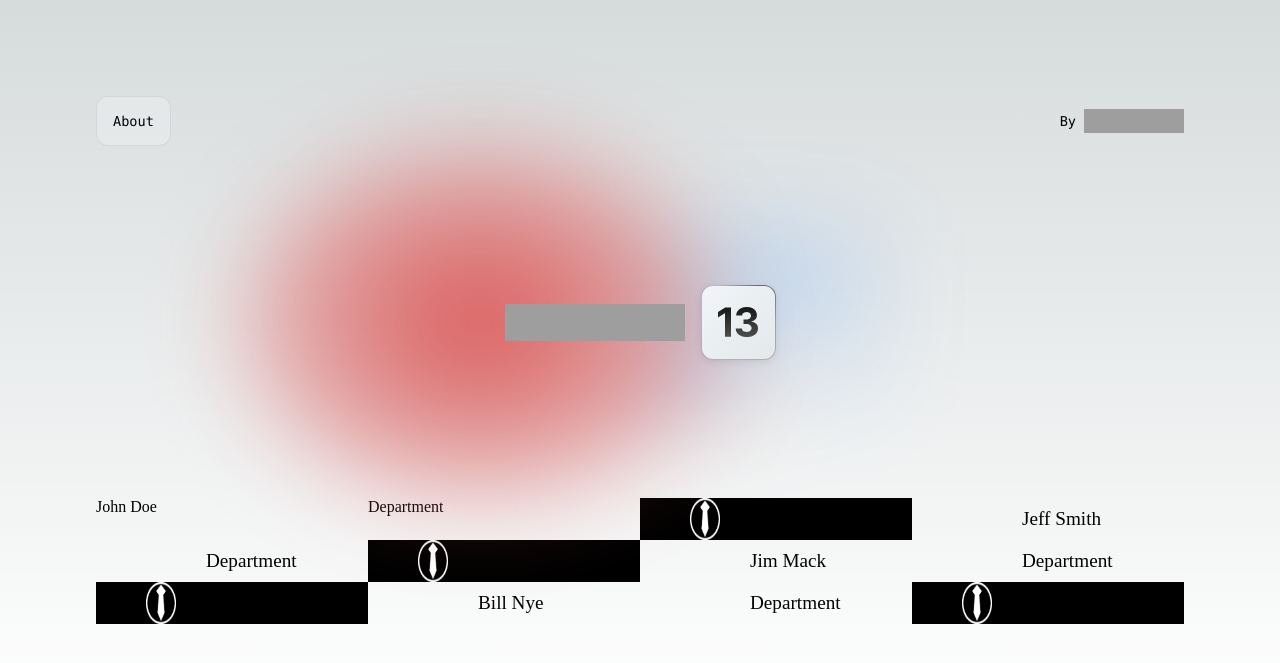
Repository: karthur1/class-example-3
Page: /
These files come from the project's save history. The page is drawn as it stood at one moment and after the next save; the edit follows.
The browser window is 1280 px wide. The pictures show the whole page.
Pictures or frames that could not be fetched are drawn as grey boxes. The project was rebuilt for these pictures with package versions that can differ from the ones it lists, and the page was loaded fresh each time. The framework's server and built-in components were replaced by stand-ins that run in the browser. Also part of the build but not shown: next.config.js.

Above is the page before, as saved 2023-01-22 21:29:02.

### pages/index.js
import Head from 'next/head'
import Image from 'next/image'
import { Inter } from '@next/font/google'
import styles from '@/styles/Home.module.css'
import data from '../data/employees.json'
import {useState} from 'react'
import Card from '../components/Card'
import Link from 'next/link'


const inter = Inter({ subsets: ['latin'] })

export default function Home() {

  console.log(data)
  const [information, setInformation] = useState([...data])
  console.log(information)

  return (
    <>
      <Head>
        <title>Create Next App</title>
        <meta name="description" content="Generated by create next app" />
        <meta name="viewport" content="width=device-width, initial-scale=1" />
        <link rel="icon" href="/favicon.ico" />
      </Head>
      <main className={styles.main}>
        <div className={styles.description}>
          <p>
          <Link href="about">About</Link>

          </p>
          <div>
            <a
              href="https://vercel.com?utm_source=create-next-app&utm_medium=default-template&utm_campaign=create-next-app"
              target="_blank"
              rel="noopener noreferrer"
            >
              By{' '}
              <Image
                src="/vercel.svg"
                alt="Vercel Logo"
                className={styles.vercelLogo}
                width={100}
                height={24}
                priority
              />
            </a>
          </div>
        </div>

        <div className={styles.center}>
          <Image
            className={styles.logo}
            src="/next.svg"
            alt="Next.js Logo"
            width={180}
            height={37}
            priority
          />
          <div className={styles.thirteen}>
            <Image
              src="/thirteen.svg"
              alt="13"
              width={40}
              height={31}
              priority
            />
          </div>
        </div>

        <div className={styles.grid}>
          <div>John Doe</div>
          <div>Department</div>
          {information && information.map((info, index) => {
            if(info.department === "Business") {
              return(
              <Card key={index} degree={info.degree} colour="black" font="30px"/>
            )
          }
        })}
                  <div className='nameBlockText'>Jeff Smith</div>
                  <div className='nameBlockText'>Department</div>
          {information && information.map((info, index) => {
            if(info.department === "Business") {

             return(
              <Card key={index} degree={info.degree} colour="black" font="30px"/>
             )
          }
        })}
                    <div className='nameBlockText'>Jim Mack</div>
                    <div className='nameBlockText'>Department</div>
          {information && information.map((info, index) => {
            if(info.department === "Business") {

             return(
              <Card key={index} degree={info.degree} colour="black" font="30px"/>
             )
          }
        })}
                    <div className='nameBlockText'>Bill Nye</div>
                    <div className='nameBlockText'>Department</div>

          {information && information.map((info, index) => {
            if(info.department === "Business") {

             return(
              <Card key={index} degree={info.degree} colour="black" font="30px"/>
             )
          }
        })}
        </div>
      </main>
    </>
  )
}

### styles/globals.css
:root {
  --max-width: 1100px;
  --border-radius: 12px;
  --font-mono: ui-monospace, Menlo, Monaco, 'Cascadia Mono', 'Segoe UI Mono',
    'Roboto Mono', 'Oxygen Mono', 'Ubuntu Monospace', 'Source Code Pro',
    'Fira Mono', 'Droid Sans Mono', 'Courier New', monospace;

  --foreground-rgb: 0, 0, 0;
  --background-start-rgb: 214, 219, 220;
  --background-end-rgb: 255, 255, 255;

  --primary-glow: conic-gradient(
    from 180deg at 50% 50%,
    #ff411633 0deg,
    #0885ff33 55deg,
    #54d6ff33 120deg,
    #0071ff33 160deg,
    transparent 360deg
  );
  --secondary-glow: radial-gradient(
    rgb(218, 82, 82),
    rgba(177, 23, 23, 0)
  );

  --tile-start-rgb: 239, 245, 249;
  --tile-end-rgb: 228, 232, 233;
  --tile-border: conic-gradient(
    #00000080,
    #00000040,
    #00000030,
    #00000020,
    #00000010,
    #00000010,
    #00000080
  );

  --callout-rgb: 238, 240, 241;
  --callout-border-rgb: 172, 175, 176;
  --card-rgb: 180, 185, 188;
  --card-border-rgb: 131, 134, 135;
}

@media (prefers-color-scheme: dark) {
  :root {
    --foreground-rgb: 255, 255, 255;
    --background-start-rgb: 0, 0, 0;
    --background-end-rgb: 0, 0, 0;

    --primary-glow: radial-gradient(rgba(255, 1, 1, 0.4), rgba(255, 180, 60, 0));
    --secondary-glow: linear-gradient(
      to bottom right,
      rgba(112, 148, 255, 0),
      rgba(133, 163, 253, 0),
      rgba(112, 140, 225, 0.3)
    );

    --tile-start-rgb: 2, 13, 46;
    --tile-end-rgb: 2, 5, 19;
    --tile-border: conic-gradient(
      #ffffff80,
      #ffffff40,
      #ffffff30,
      #ffffff20,
      #ffffff10,
      #ffffff10,
      #ffffff80
    );

    --callout-rgb: 20, 20, 20;
    --callout-border-rgb: 108, 108, 108;
    --card-rgb: 100, 100, 100;
    --card-border-rgb: 200, 200, 200;
  }
}

* {
  box-sizing: border-box;
  padding: 0;
  margin: 0;
}

html,
body {
  max-width: 100vw;
  overflow-x: hidden;
}

body {
  color: rgb(var(--foreground-rgb));
  background: linear-gradient(
      to bottom,
      transparent,
      rgb(var(--background-end-rgb))
    )
    rgb(var(--background-start-rgb));
}

a {
  color: inherit;
  text-decoration: none;
}

@media (prefers-color-scheme: dark) {
  html {
    color-scheme: dark;
  }
}

.nameBlockText{
  display: flex;
  padding: 10px;
  padding-left: 110px;
  font-size: larger;
}

### styles/Home.module.css
.main {
  display: flex;
  flex-direction: column;
  justify-content: space-between;
  align-items: center;
  padding: 6rem;
  min-height: 100vh;
}

.description {
  display: inherit;
  justify-content: inherit;
  align-items: inherit;
  font-size: 0.85rem;
  max-width: var(--max-width);
  width: 100%;
  z-index: 2;
  font-family: var(--font-mono);
}

.description a {
  display: flex;
  justify-content: center;
  align-items: center;
  gap: 0.5rem;
}

.description p {
  position: relative;
  margin: 0;
  padding: 1rem;
  background-color: rgba(var(--callout-rgb), 0.5);
  border: 1px solid rgba(var(--callout-border-rgb), 0.3);
  border-radius: var(--border-radius);
}

.code {
  font-weight: 700;
  font-family: var(--font-mono);
}

.grid {
  display: grid;
  grid-template-columns: repeat(4, minmax(25%, auto));
  width: var(--max-width);
  max-width: 100%;
}



.card {
  padding: 1rem 1.2rem;
  border-radius: var(--border-radius);
  background: rgba(var(--card-rgb), 0);
  border: 1px solid rgba(var(--card-border-rgb), 0);
  transition: background 200ms, border 200ms;
}

.card span {
  display: inline-block;
  transition: transform 200ms;
}

.card h2 {
  font-weight: 600;
  margin-bottom: 0.7rem;
}

.card p {
  margin: 0;
  opacity: 0.6;
  font-size: 0.9rem;
  line-height: 1.5;
  max-width: 30ch;
}

.center {
  display: flex;
  justify-content: center;
  align-items: center;
  position: relative;
  padding: 4rem 0;
}

.center::before {
  background: var(--secondary-glow);
  border-radius: 50%;
  width: 480px;
  height: 360px;
  margin-left: -400px;
}

.center::after {
  background: var(--primary-glow);
  width: 240px;
  height: 180px;
  z-index: -1;
}

.center::before,
.center::after {
  content: '';
  left: 50%;
  position: absolute;
  filter: blur(45px);
  transform: translateZ(0);
}

.logo,
.thirteen {
  position: relative;
}

.thirteen {
  display: flex;
  justify-content: center;
  align-items: center;
  width: 75px;
  height: 75px;
  padding: 25px 10px;
  margin-left: 16px;
  transform: translateZ(0);
  border-radius: var(--border-radius);
  overflow: hidden;
  box-shadow: 0px 2px 8px -1px #0000001a;
}

.thirteen::before,
.thirteen::after {
  content: '';
  position: absolute;
  z-index: -1;
}

/* Conic Gradient Animation */
.thirteen::before {
  animation: 6s rotate linear infinite;
  width: 200%;
  height: 200%;
  background: var(--tile-border);
}

/* Inner Square */
.thirteen::after {
  inset: 0;
  padding: 1px;
  border-radius: var(--border-radius);
  background: linear-gradient(
    to bottom right,
    rgba(var(--tile-start-rgb), 1),
    rgba(var(--tile-end-rgb), 1)
  );
  background-clip: content-box;
}

/* Enable hover only on non-touch devices */
@media (hover: hover) and (pointer: fine) {
  .card:hover {
    background: rgba(var(--card-rgb), 0.1);
    border: 1px solid rgba(var(--card-border-rgb), 0.15);
  }

  .card:hover span {
    transform: translateX(4px);
  }
}

@media (prefers-reduced-motion) {
  .thirteen::before {
    animation: none;
  }

  .card:hover span {
    transform: none;
  }
}

/* Mobile */
@media (max-width: 700px) {
  .content {
    padding: 4rem;
  }

  .grid {
    grid-template-columns: 1fr;
    margin-bottom: 120px;
    max-width: 320px;
    text-align: center;
  }

  .card {
    padding: 1rem 2.5rem;
  }

  .card h2 {
    margin-bottom: 0.5rem;
  }

  .center {
    padding: 8rem 0 6rem;
  }

  .center::before {
    transform: none;
    height: 300px;
  }

  .description {
    font-size: 0.8rem;
  }

  .description a {
    padding: 1rem;
  }

  .description p,
  .description div {
    display: flex;
    justify-content: center;
    position: fixed;
    width: 100%;
  }

  .description p {
    align-items: center;
    inset: 0 0 auto;
    padding: 2rem 1rem 1.4rem;
    border-radius: 0;
    border: none;
    border-bottom: 1px solid rgba(var(--callout-border-rgb), 0.25);
    background: linear-gradient(
      to bottom,
      rgba(var(--background-start-rgb), 1),
      rgba(var(--callout-rgb), 0.5)
    );
    background-clip: padding-box;
    backdrop-filter: blur(24px);
  }

  .description div {
    align-items: flex-end;
    pointer-events: none;
    inset: auto 0 0;
    padding: 2rem;
    height: 200px;
    background: linear-gradient(
      to bottom,
      transparent 0%,
      rgb(var(--background-end-rgb)) 40%
    );
    z-index: 1;
  }
}

/* Tablet and Smaller Desktop */
@media (min-width: 701px) and (max-width: 1120px) {
  .grid {
    grid-template-columns: repeat(2, 50%);
  }
}

@media (prefers-color-scheme: dark) {
  .vercelLogo {
    filter: invert(1);
  }

  .logo,
  .thirteen img {
    filter: invert(1) drop-shadow(0 0 0.3rem #ffffff70);
  }
}

@keyframes rotate {
  from {
    transform: rotate(360deg);
  }
  to {
    transform: rotate(0deg);
  }
}

### data/employees.json
[
    {
        "firstName": "John Doe",
        "favouriteFood": "Pizza",
        "bloodType": "AB",
        "graduted": 2004
    },
    {
        "firstName": "Jeff Smith",
        "favouriteFood": "Cake",
        "bloodType": "A",
        "graduted": 2009
    },
    {
        "firstName": "Jim Mack",
        "favouriteFood": "Pizza",
        "bloodType": "A",
        "department": "Business",
        "degree": "Marketing",
        "graduted": 2009
    },
    {
        "firstName": "Bill Nye",
        "favouriteFood": "Cake",
        "bloodType": "A",
        "department": "Computing",
        "degree": "Business",
        "graduted": 2010
    }
]

### components/Card/index.js
export default function Card( {
   degree = "none",
   colour = "purple",
   font = "0",


    }) {   return(
        <div style={{backgroundColor: colour, fontSize:font, fontFamily:'Courier New', display:"flex", paddingLeft: "50px", gap: "10px", rowGap: "10px"}}>
                {
                    colour === "black" ? <img src={'icons/icon1.png'} width="30"/>:
                    colour === "black" ? <img src={'icons/icon2.jpg'} width="30"/>:
                                        <img src={images} width="30"/>
                }
                {degree}

        </div>
    )
}

Loaded but not shown: pages/_app.js (common file); pages/_document.js (common file)

After the next save:
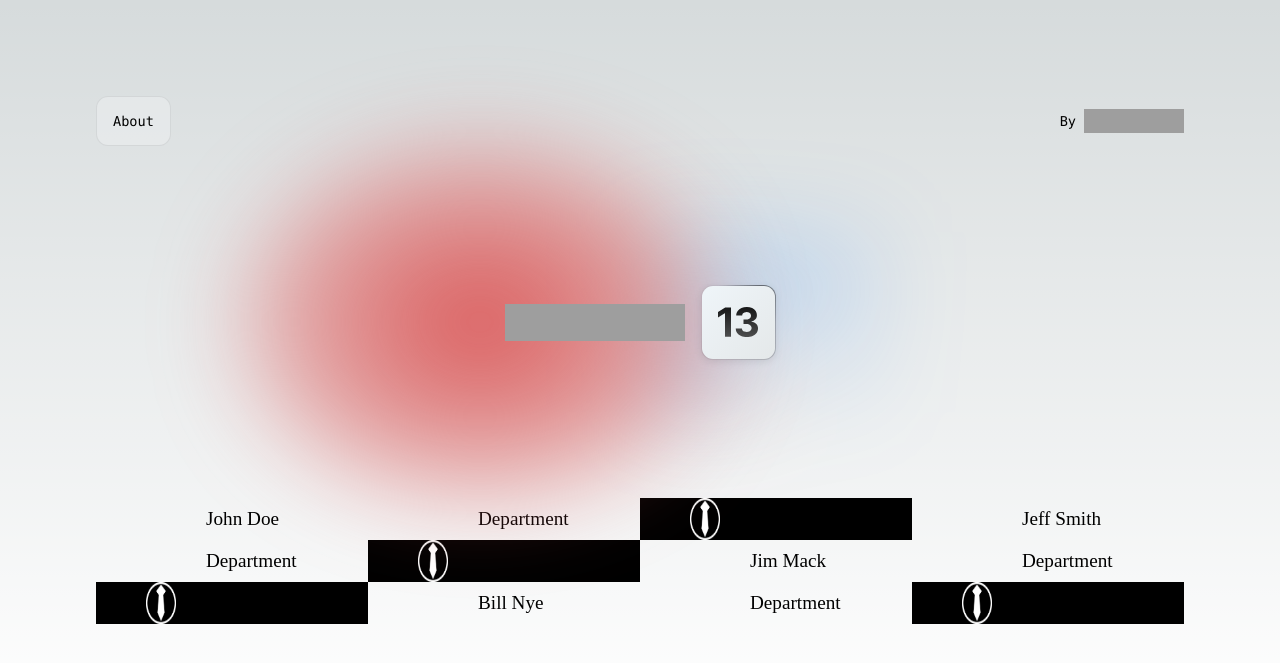
Saved 4 s later.
--- a/pages/index.js
+++ b/pages/index.js
@@ -70,8 +70,8 @@
         </div>
 
         <div className={styles.grid}>
-          <div>John Doe</div>
-          <div>Department</div>
+          <div className='nameBlockText'>John Doe</div>
+          <div className='nameBlockText'>Department</div>
           {information && information.map((info, index) => {
             if(info.department === "Business") {
               return(
